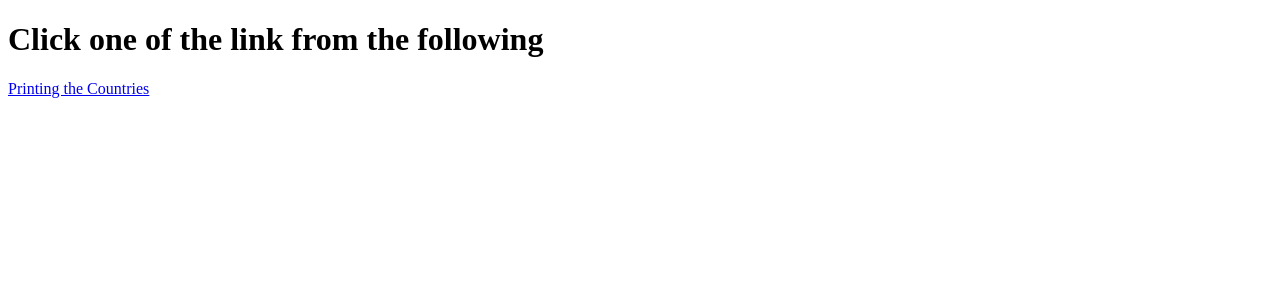
Repository: prati21-eng/Servlet-Projects
Page: Multiple_Links_Mapping/src/main/webapp/index.html
An editor plug-in stored every save of this project. The page is shown before and after the next save, followed by the edit.
The browser window is 1280 px wide. The pictures show the whole page.

Above is the page before, as saved 2024-09-09 12:28:28.

### Multiple_Links_Mapping/src/main/webapp/index.html
<!DOCTYPE html>
<html lang="en">
<head>
    <meta charset="UTF-8">
    <meta name="viewport" content="width=device-width, initial-scale=1.0">
    <title>Multiple Links Handling</title>
</head>
<body>
    <h1>Click one of the link from the following</h1>

    <a href="multiplelinksurl">Printing the Countries</a><br>
</body>
</html>

After the next save:
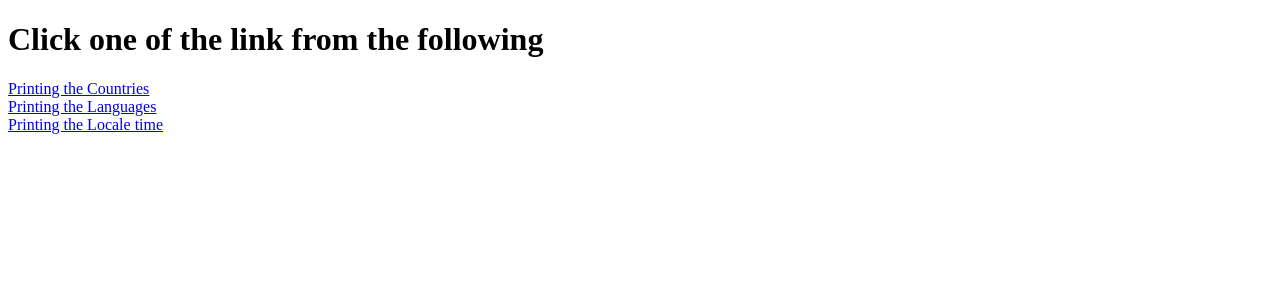
Saved 100 s later.
--- a/Multiple_Links_Mapping/src/main/webapp/index.html
+++ b/Multiple_Links_Mapping/src/main/webapp/index.html
@@ -8,6 +8,8 @@
 <body>
     <h1>Click one of the link from the following</h1>
 
-    <a href="multiplelinksurl">Printing the Countries</a><br>
+    <a href="multiplelinksurl?key=link1">Printing the Countries</a><br>
+    <a href="multiplelinksurl?key=link2">Printing the Languages</a><br>
+    <a href="multiplelinksurl?key=link3">Printing the Locale time</a><br>
 </body>
 </html>
